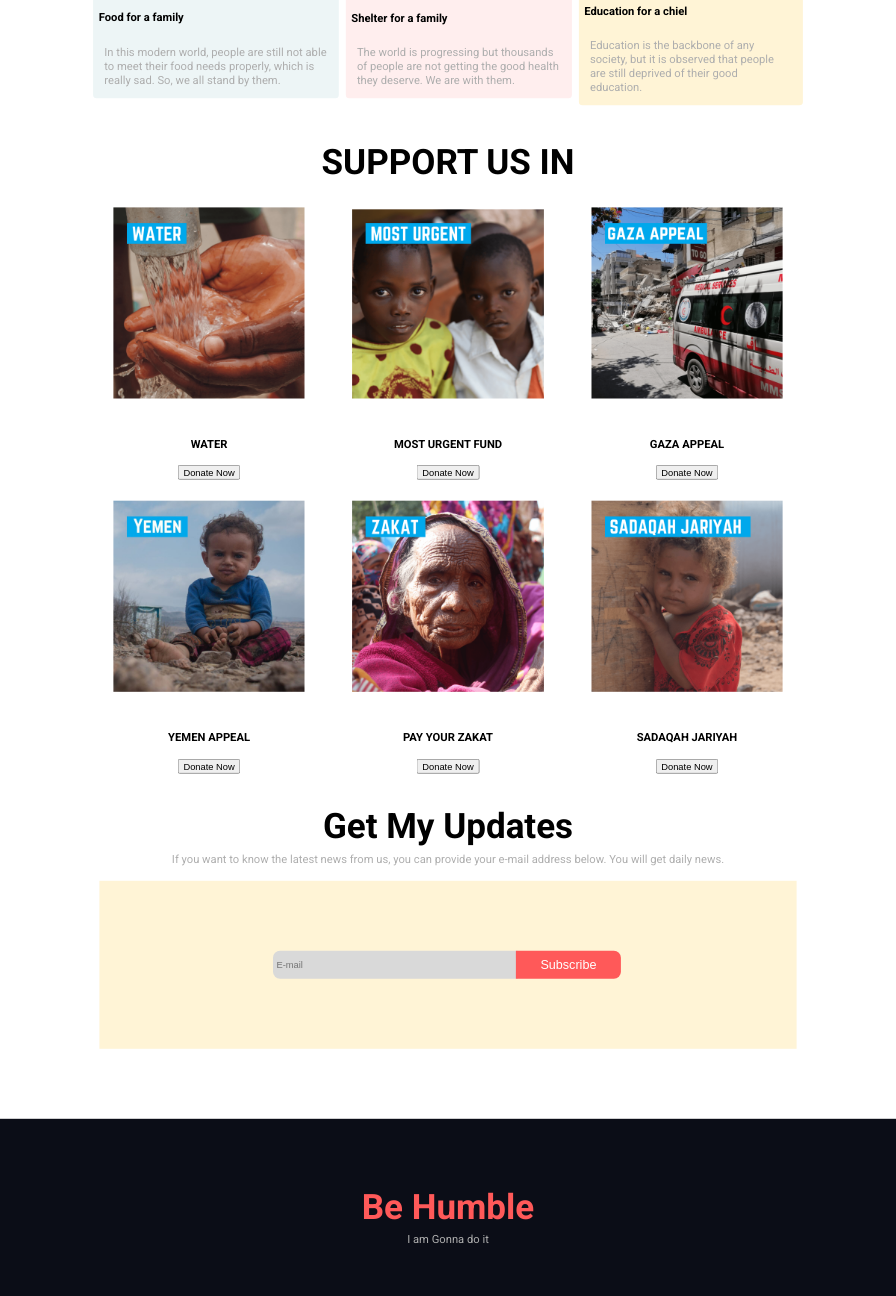
Repository: zjria/suppert-the-helpness
Page: index.html
The author's editor kept a copy of each file at every save. The page is drawn from the files as they stood at one save, then again after the next save.
The browser window is 1280 px wide. The pictures show the part of the page from y = 1306 to 3226 px (the page is 3158 px tall before and 3226 px after), at 70% of full size.

Above is the page before, as saved 2022-08-27 09:33:20.

After the next save:
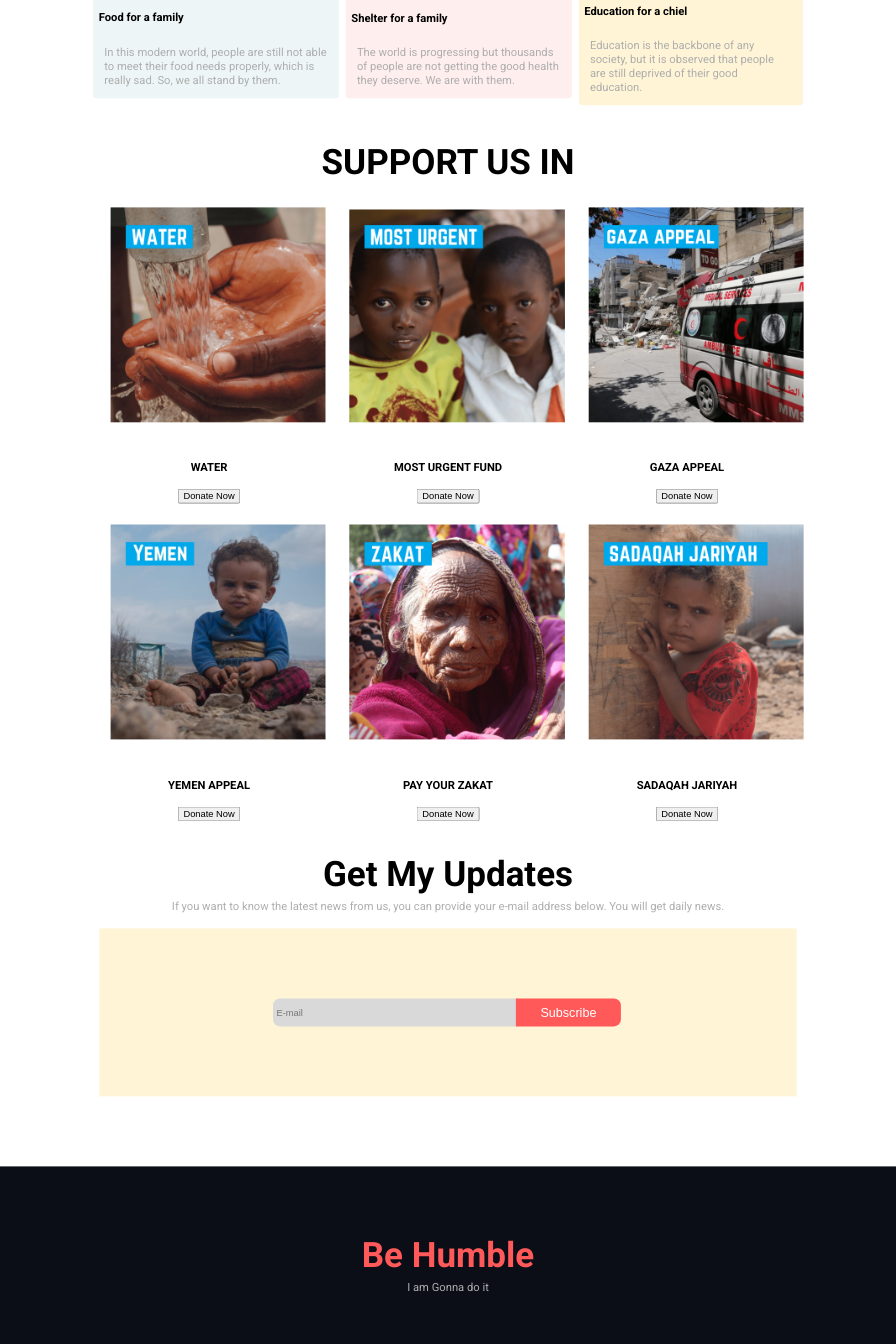
Saved 19 s later.
--- a/style.css
+++ b/style.css
@@ -153,7 +153,7 @@ p {
 }
 
 .gallery img {
-    width: 80%;
+    width: 90%;
     margin: 10px;
     padding: 20px;
 }
